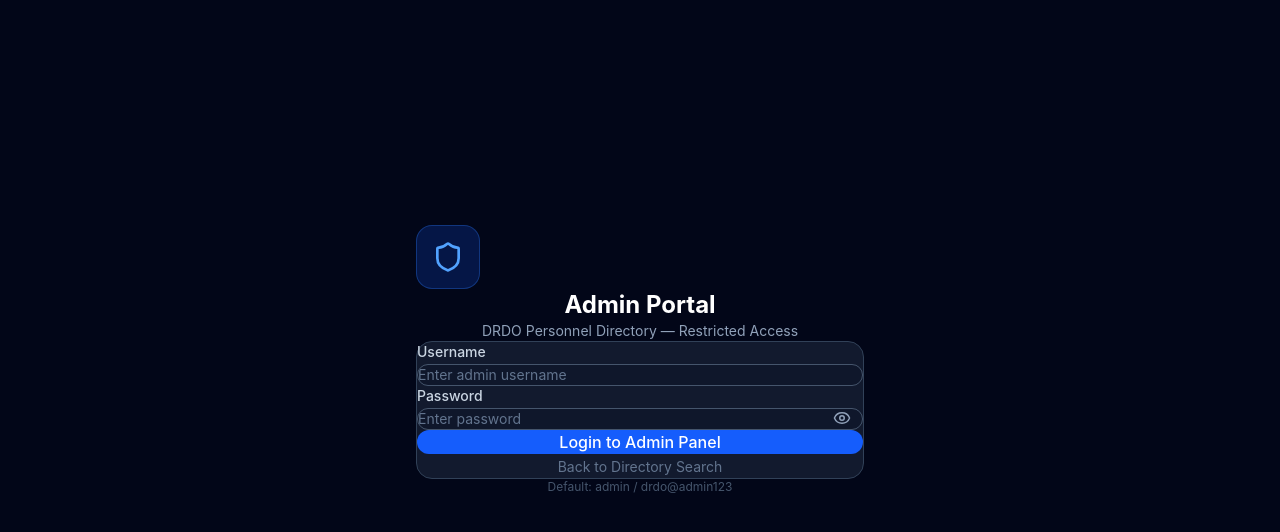
Repository: Mandeepigdtuw/DRDO-Directory
Page: /admin/personnel (app in frontend/)
An editor plug-in stored every save of this project. The page is shown before and after a run of saves, followed by the edit.
The browser window is 1280 px wide. The pictures show the whole page.
The project was rebuilt for these pictures with package versions that can differ from the ones it lists, and the page was loaded fresh each time. Also part of the build but not shown: frontend/vite.config.js, frontend/src/components/Navbar.jsx, frontend/src/components/PersonnelCard.jsx, frontend/src/components/ProfileModal.jsx, frontend/src/pages/SearchPage.jsx, frontend/src/components/AdminLayout.jsx, frontend/src/pages/AdminDashboard.jsx, frontend/src/pages/ManagePersonnel.jsx and 3 more.

Above is the page before, as saved 2026-07-17 21:39:59.

### frontend/src/index.css
@import "tailwindcss";
@tailwind base;
@tailwind components;
@tailwind utilities;

* {
  margin: 0;
  padding: 0;
  box-sizing: border-box;
}

body {
  font-family: 'Inter', sans-serif;
  background-color: #0f172a;
  color: #e2e8f0;
}

### frontend/src/App.jsx
// src/App.jsx
import { BrowserRouter, Routes, Route, Navigate } from 'react-router-dom'
import SearchPage from './pages/SearchPage'
import AdminLogin from './pages/AdminLogin'
import AdminDashboard from './pages/AdminDashboard'
import ManagePersonnel from './pages/ManagePersonnel'
import AddPersonnel from './pages/AddPersonnel'
import EditPersonnel from './pages/EditPersonnel'
import AnalyticsDashboard from './pages/AnalyticsDashboard'
import ProtectedRoute from './components/ProtectedRoute'

export default function App() {
  return (
    <BrowserRouter>
      <Routes>
        {/* User Side - Public */}
        <Route path="/" element={<SearchPage />} />

        {/* Admin Login - Public */}
        <Route path="/admin/login" element={<AdminLogin />} />

        {/* Admin Side - Protected (need JWT token) */}
        <Route path="/admin" element={<ProtectedRoute />}>
          <Route path="dashboard" element={<AdminDashboard />} />
          <Route path="personnel" element={<ManagePersonnel />} />
          <Route path="personnel/add" element={<AddPersonnel />} />
          <Route path="personnel/edit/:employee_id" element={<EditPersonnel />} />
          <Route path="analytics" element={<AnalyticsDashboard />} />
        </Route>

        {/* Catch all unknown URLs → redirect to home */}
        <Route path="*" element={<Navigate to="/" />} />
      </Routes>
    </BrowserRouter>
  )
}

### frontend/src/pages/AdminLogin.jsx
// src/pages/AdminLogin.jsx
import { useState } from 'react'
import { useNavigate, Link } from 'react-router-dom'
import { Shield, Eye, EyeOff, Loader2 } from 'lucide-react'
import { loginAdmin } from '../services/api'

export default function AdminLogin() {
  const [username, setUsername] = useState('')
  const [password, setPassword] = useState('')
  const [showPassword, setShowPassword] = useState(false)
  const [loading, setLoading] = useState(false)
  const [error, setError] = useState('')
  const navigate = useNavigate()

  const handleLogin = async () => {
    if (!username.trim() || !password.trim()) {
      setError('Please enter both username and password.')
      return
    }
    setLoading(true)
    setError('')
    try {
      const response = await loginAdmin(username, password)
      localStorage.setItem('admin_token', response.data.access_token)
      navigate('/admin/dashboard')
    } catch (err) {
      setError('Invalid username or password. Please try again.')
    } finally {
      setLoading(false)
    }
  }

  const handleKeyDown = (e) => {
    if (e.key === 'Enter') handleLogin()
  }

  return (
    <div className="min-h-screen bg-slate-950 flex items-center justify-center px-4">
      <div className="w-full max-w-md">

        <div className="text-center mb-8">
          <div className="w-16 h-16 rounded-2xl bg-blue-600/20 border border-blue-500/30 flex items-center justify-center mx-auto mb-4">
            <Shield size={32} className="text-blue-400" />
          </div>
          <h1 className="text-2xl font-bold text-white">Admin Portal</h1>
          <p className="text-slate-400 text-sm mt-1">
            DRDO Personnel Directory — Restricted Access
          </p>
        </div>

        <div className="bg-slate-800/60 border border-slate-700 rounded-2xl p-8">

          {error && (
            <div className="bg-red-400/10 border border-red-400/20 text-red-400 text-sm rounded-xl p-3 mb-5">
              {error}
            </div>
          )}

          <div className="mb-4">
            <label className="text-slate-300 text-sm font-medium block mb-2">
              Username
            </label>
            <input
              type="text"
              value={username}
              onChange={(e) => setUsername(e.target.value)}
              onKeyDown={handleKeyDown}
              placeholder="Enter admin username"
              className="w-full bg-slate-900 border border-slate-600 focus:border-blue-500 text-white rounded-xl px-4 py-3 outline-none transition-colors placeholder-slate-500 text-sm"
            />
          </div>

          <div className="mb-6">
            <label className="text-slate-300 text-sm font-medium block mb-2">
              Password
            </label>
            <div className="relative">
              <input
                type={showPassword ? 'text' : 'password'}
                value={password}
                onChange={(e) => setPassword(e.target.value)}
                onKeyDown={handleKeyDown}
                placeholder="Enter password"
                className="w-full bg-slate-900 border border-slate-600 focus:border-blue-500 text-white rounded-xl px-4 py-3 pr-11 outline-none transition-colors placeholder-slate-500 text-sm"
              />
              <button
                onClick={() => setShowPassword(!showPassword)}
                className="absolute right-3 top-1/2 -translate-y-1/2 text-slate-400 hover:text-white transition-colors"
              >
                {showPassword ? <EyeOff size={18} /> : <Eye size={18} />}
              </button>
            </div>
          </div>

          <button
            onClick={handleLogin}
            disabled={loading}
            className="w-full bg-blue-600 hover:bg-blue-500 disabled:bg-slate-700 disabled:cursor-not-allowed text-white font-medium py-3 rounded-xl transition-colors flex items-center justify-center gap-2"
          >
            {loading ? <Loader2 size={18} className="animate-spin" /> : null}
            {loading ? 'Verifying...' : 'Login to Admin Panel'}
          </button>

          <div className="text-center mt-4">
            <Link
              to="/"
              className="text-slate-500 hover:text-slate-300 text-sm transition-colors"
            >
              Back to Directory Search
            </Link>
          </div>
        </div>

        <p className="text-slate-600 text-xs text-center mt-4">
          Default: admin / drdo@admin123
        </p>
      </div>
    </div>
  )
}

### frontend/src/components/ProtectedRoute.jsx
// src/components/ProtectedRoute.jsx
import { Navigate, Outlet } from 'react-router-dom'

export default function ProtectedRoute() {
  // Check if JWT token exists in browser storage
  const token = localStorage.getItem('admin_token')

  if (!token) {
    // Not logged in → send to login page
    return <Navigate to="/admin/login" replace />
  }

  // Logged in → render whatever admin page was requested
  // Outlet renders the child route (dashboard, personnel, analytics)
  return <Outlet />
}

### frontend/src/services/api.js
// src/services/api.js
import axios from 'axios'

const BASE_URL = 'http://localhost:8000'

// Create axios instance pointing to our backend
const api = axios.create({
  baseURL: BASE_URL,
})

// Automatically attach JWT token to every request if it exists
api.interceptors.request.use((config) => {
  const token = localStorage.getItem('admin_token')
  if (token) {
    config.headers.Authorization = `Bearer ${token}`
  }
  return config
})

// ─── AUTH ────────────────────────────────────────
export const loginAdmin = (username, password) =>
  api.post('/auth/login', { username, password })

// ─── SEARCH ──────────────────────────────────────
export const searchPersonnel = (query) =>
  api.get(`/search/?q=${encodeURIComponent(query)}`)


// ─── ADMIN PERSONNEL ─────────────────────────────
export const getAllPersonnel = () =>
  api.get('/admin/personnel')

export const getPersonById = (employee_id) =>
  api.get(`/admin/personnel/${employee_id}`)

export const addPersonnel = (data) =>
  api.post('/admin/personnel', data)

export const updatePersonnel = (employee_id, data) =>
  api.put(`/admin/personnel/${employee_id}`, data)

export const deletePersonnel = (employee_id) =>
  api.delete(`/admin/personnel/${employee_id}`)

// ─── ANALYTICS ───────────────────────────────────
export const getAnalyticsSummary = () =>
  api.get('/admin/analytics/summary')

export const getTopSearches = () =>
  api.get('/admin/analytics/top-searches')

export const getSearchTrends = () =>
  api.get('/admin/analytics/trends')

export const getDepartmentStats = () =>
  api.get('/admin/analytics/department-stats')

export const getZeroResults = () =>
  api.get('/admin/analytics/zero-results')

// Add this to the bottom of src/services/api.js
export const getAllPersonnelPublic = () =>
  api.get('/search/all')

Loaded but not shown: frontend/src/main.jsx (common file)

After the next 4 saves:
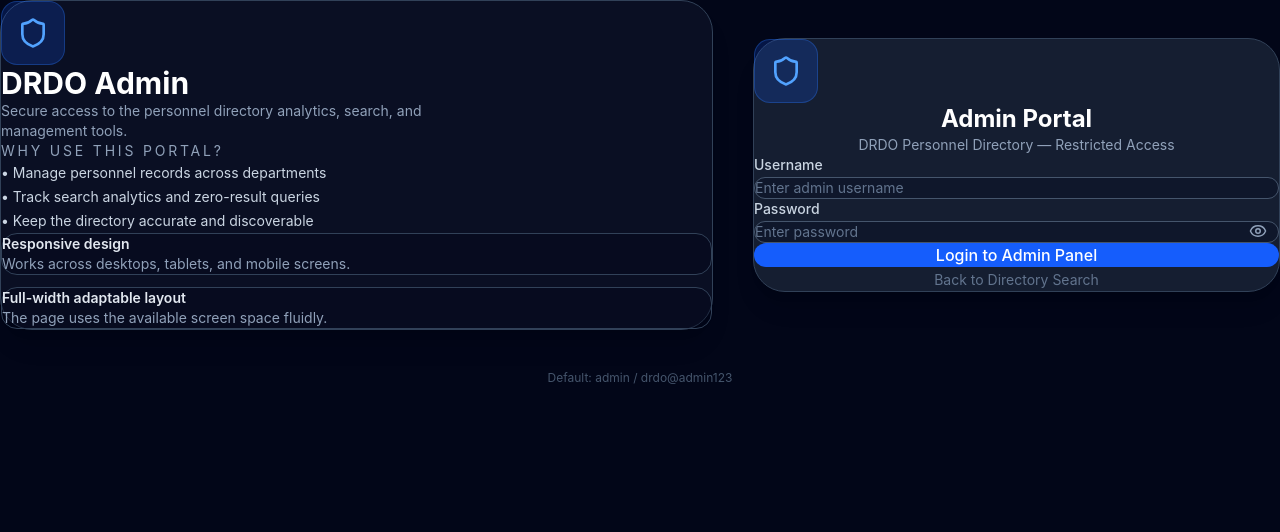
The 4 saves are shown as one change because 2 did not build or start and some came seconds apart.
The last was saved 2 h 20 min later.
--- a/frontend/src/pages/AdminLogin.jsx
+++ b/frontend/src/pages/AdminLogin.jsx
@@ -35,20 +35,53 @@
   }
 
   return (
-    <div className="min-h-screen bg-slate-950 flex items-center justify-center px-4">
-      <div className="w-full max-w-md">
-
-        <div className="text-center mb-8">
-          <div className="w-16 h-16 rounded-2xl bg-blue-600/20 border border-blue-500/30 flex items-center justify-center mx-auto mb-4">
-            <Shield size={32} className="text-blue-400" />
+    <div className="min-h-screen bg-slate-950 px-4 py-10">
+      <div className="mx-auto w-full max-w-7xl grid gap-10 lg:grid-cols-[1.15fr_0.85fr] items-center">
+        <div className="hidden lg:flex flex-col justify-center rounded-[2rem] border border-slate-700 bg-slate-900/60 p-10 shadow-xl">
+          <div className="mb-6">
+            <div className="w-16 h-16 rounded-2xl bg-blue-600/20 border border-blue-500/30 flex items-center justify-center mb-4">
+              <Shield size={32} className="text-blue-400" />
+            </div>
+            <h1 className="text-3xl font-bold text-white">DRDO Admin</h1>
+            <p className="text-slate-400 text-sm mt-2 max-w-md">
+              Secure access to the personnel directory analytics, search, and management tools.
+            </p>
           </div>
-          <h1 className="text-2xl font-bold text-white">Admin Portal</h1>
-          <p className="text-slate-400 text-sm mt-1">
-            DRDO Personnel Directory — Restricted Access
-          </p>
+          <div className="space-y-4 text-slate-300">
+            <div>
+              <p className="text-sm text-slate-400 uppercase tracking-[0.2em] mb-2">Why use this portal?</p>
+              <ul className="space-y-3 text-sm leading-6">
+                <li>• Manage personnel records across departments</li>
+                <li>• Track search analytics and zero-result queries</li>
+                <li>• Keep the directory accurate and discoverable</li>
+              </ul>
+            </div>
+            <div className="grid gap-3 text-slate-200 text-sm">
+              <div className="rounded-2xl border border-slate-700 bg-slate-950/30 p-4">
+                <p className="font-semibold">Responsive design</p>
+                <p className="text-slate-400">Works across desktops, tablets, and mobile screens.</p>
+              </div>
+              <div className="rounded-2xl border border-slate-700 bg-slate-950/30 p-4">
+                <p className="font-semibold">Full-width adaptable layout</p>
+                <p className="text-slate-400">The page uses the available screen space fluidly.</p>
+              </div>
+            </div>
+          </div>
         </div>
 
-        <div className="bg-slate-800/60 border border-slate-700 rounded-2xl p-8">
+        <div className="w-full rounded-4xl border border-slate-700 bg-slate-800/70 p-8 shadow-xl">
+
+          <div className="text-center mb-8 lg:mb-10">
+            <div className="w-16 h-16 rounded-2xl bg-blue-600/20 border border-blue-500/30 flex items-center justify-center mx-auto mb-4">
+              <Shield size={32} className="text-blue-400" />
+            </div>
+            <h1 className="text-2xl font-bold text-white">Admin Portal</h1>
+            <p className="text-slate-400 text-sm mt-1">
+              DRDO Personnel Directory — Restricted Access
+            </p>
+          </div>
+
+          <div className="space-y-6">
 
           {error && (
             <div className="bg-red-400/10 border border-red-400/20 text-red-400 text-sm rounded-xl p-3 mb-5">
@@ -91,6 +124,7 @@
               </button>
             </div>
           </div>
+          </div>
 
           <button
             onClick={handleLogin}
@@ -111,7 +145,7 @@
           </div>
         </div>
 
-        <p className="text-slate-600 text-xs text-center mt-4">
+        <p className="text-slate-600 text-xs text-center mt-4 lg:col-span-2">
           Default: admin / drdo@admin123
         </p>
       </div>
